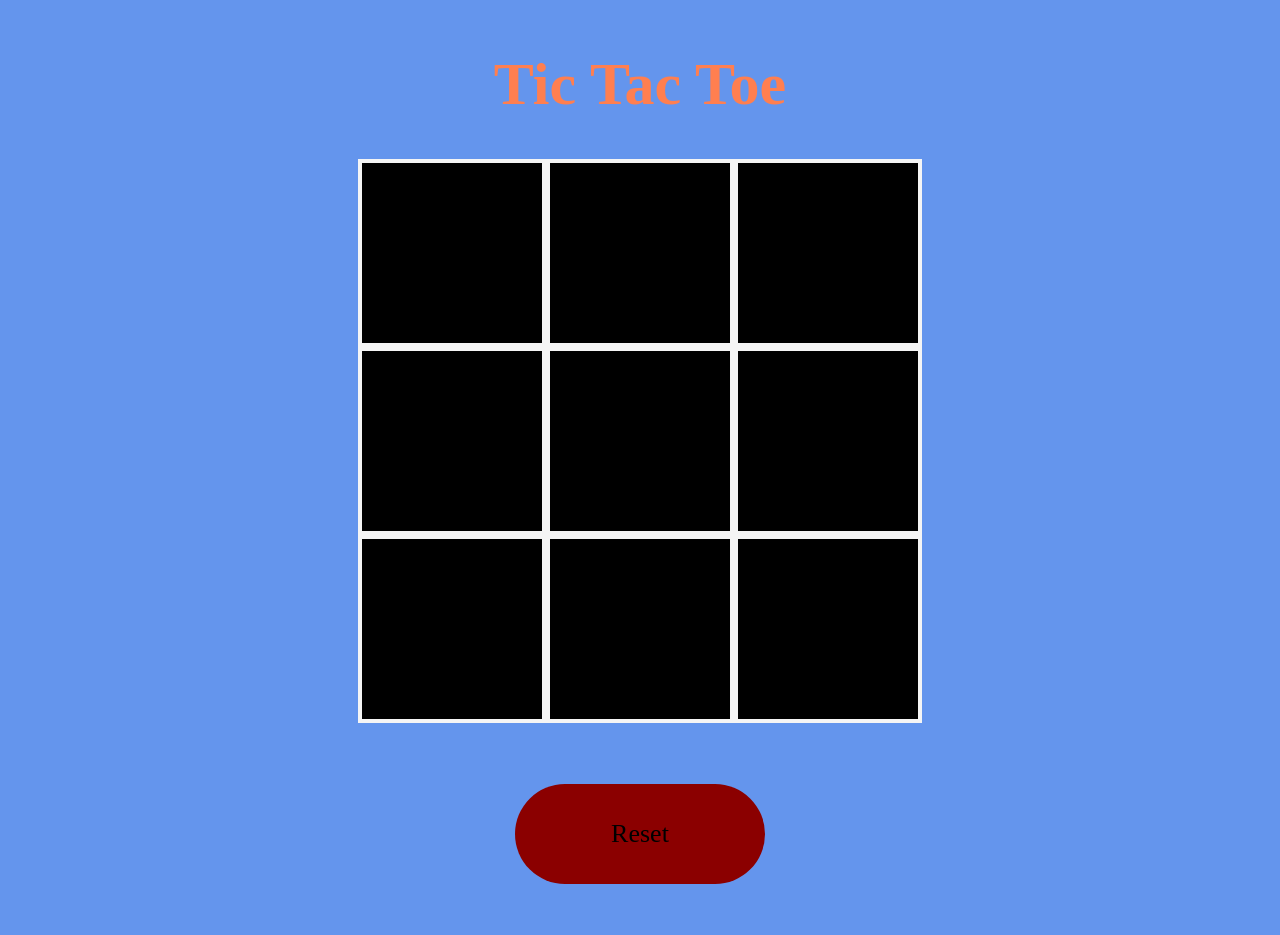
Repository: jontslater/tictaktoe
Page: /
The author's editor kept a copy of each file at every save. The page is drawn from the files as they stood at one save, then again after the next save.
The browser window is 1280 px wide. The pictures show the whole page.
The project was rebuilt for these pictures with package versions that can differ from the ones it lists, and the page was loaded fresh each time. Also part of the build but not shown: src/App.css.

Above is the page before, as saved 2024-06-30 10:27:06.

After the next save:
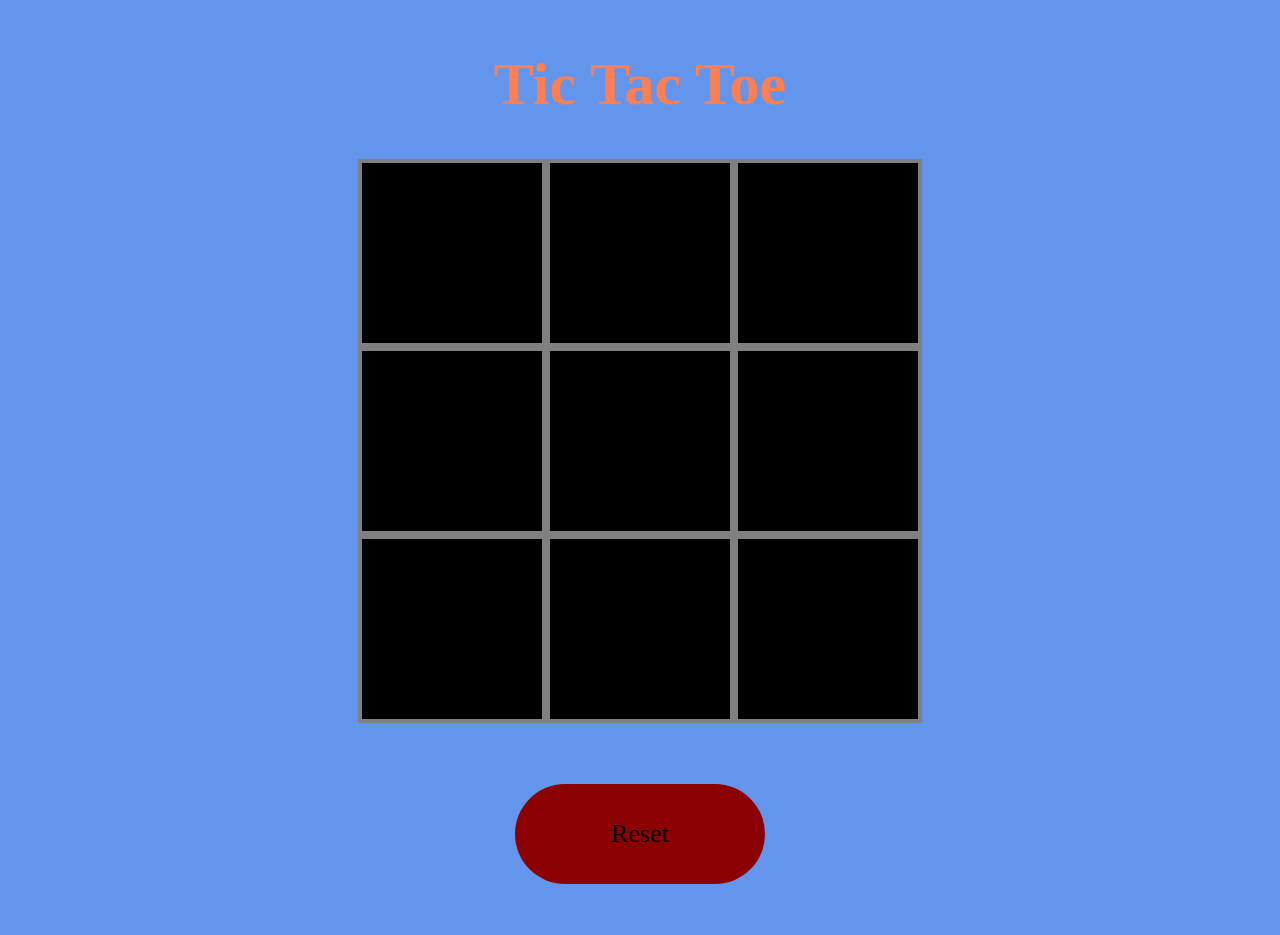
Saved 26 s later.
--- a/src/Components/TicTacToe/TicTacToe.css
+++ b/src/Components/TicTacToe/TicTacToe.css
@@ -32,7 +32,7 @@
   height: 180px;
   width: 180px;
   background-color:black;
-  border: 4px solid whitesmoke;
+  border: 4px solid gray;
   /* border-radius: 12px; */
   cursor: pointer;
 }
